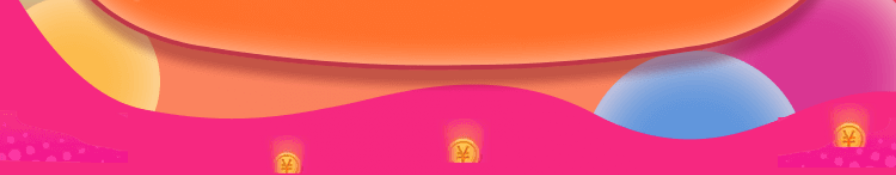
Repository: wangbiaozy/hb
Page: index.html
These files come from the project's save history. The page is drawn as it stood at one moment and after the next save; the edit follows.
The browser window is 1280 px wide. The pictures show the part of the page from y = 1808 to 3728 px (the page is 2058 px tall before and 4116 px after), at 70% of full size.

Above is the page before, as saved 2018-08-15 09:40:29.

### index.html
<!DOCTYPE html>
<html lang="en">
<head>
    <meta charset="UTF-8">
    <meta name="viewport" content="width=device-width, initial-scale=1.0, maximum-scale=1.0, minimum-scale=1.0, user-scalable=no, viewport-fit=cover">
    <meta http-equiv="X-UA-Compatible" content="ie=edge">
    <title>Document</title>
    <link rel="stylesheet" href="css/reset.min.css">
    <link rel="stylesheet/less" href="css/styles.less">
    <script src="js/less-1.7.0.min.js"></script>
</head>
<body>
    <section>
        <a href="">活动规则</a>
        <!-- 首页 -->
        <div class="f_page">
                <p>已经有<span>xxxx</span>人拿到10元话费</p>
                <a id="cj" href="javascript:void(0)"></a>
                <a href="">赚钱攻略在此>></a>
        </div>
        <!-- 获得话费红包页 -->
        <div class="result">
            <p><span id="moneyText"></span>元</p>
            <a href="javascript:void(0)"></a>
        </div>


    </section>
</body>
</html>
<script src="js/jquery-1.10.1.min.js"></script>
<script src="js/index.js"></script>

### css/reset.min.css
@charset "utf-8";
/*默认样式清除和初始化*/
body,h1,h2,h3,h4,h5,h6,hr,p,blockquote,dl,dt,dd,ul,ol,li,button,input,textarea,th,td{margin:0;padding:0}body{font-size:12px;font-style:normal;font-family:"\5FAE\8F6F\96C5\9ED1",Helvetica,sans-serif}small{font-size:12px}h1{font-size:18px}h2{font-size:16px}h3{font-size:14px}h4,h5,h6{font-size:100%}ul,ol{list-style:none}a{text-decoration:none;background-color:transparent}a:hover,a:active{outline-width:0;text-decoration:none}table{border-collapse:collapse;border-spacing:0}hr{border:0;height:1px}img{border-style:none}img:not([src]){display:none}svg:not(:root){overflow:hidden}html{-webkit-touch-callout:none;-webkit-text-size-adjust:100%}input,textarea,button,a{-webkit-tap-highlight-color:rgba(0,0,0,0)}article,aside,details,figcaption,figure,footer,header,main,menu,nav,section,summary{display:block}audio,canvas,progress,video{display:inline-block}audio:not([controls]),video:not([controls]){display:none;height:0}progress{vertical-align:baseline}mark{background-color:#ff0;color:#000}sub,sup{position:relative;font-size:75%;line-height:0;vertical-align:baseline}sub{bottom:-0.25em}sup{top:-0.5em}button,input,select,textarea{font-size:100%;outline:0}button,input{overflow:visible}button,select{text-transform:none}textarea{overflow:auto}button,html [type="button"],[type="reset"],[type="submit"]{-webkit-appearance:button}button::-moz-focus-inner,[type="button"]::-moz-focus-inner,[type="reset"]::-moz-focus-inner,[type="submit"]::-moz-focus-inner{border-style:none;padding:0}button:-moz-focusring,[type="button"]:-moz-focusring,[type="reset"]:-moz-focusring,[type="submit"]:-moz-focusring{outline:1px dotted ButtonText}[type="checkbox"],[type="radio"]{box-sizing:border-box;padding:0}[type="number"]::-webkit-inner-spin-button,[type="number"]::-webkit-outer-spin-button{height:auto}[type="search"]{-webkit-appearance:textfield;outline-offset:-2px}[type="search"]::-webkit-search-cancel-button,[type="search"]::-webkit-search-decoration{-webkit-appearance:none}::-webkit-input-placeholder{color:inherit;opacity:.54}::-webkit-file-upload-button{-webkit-appearance:button;font:inherit}.clear:after{display:block;height:0;content:"";clear:both}
*{ -webkit-tap-highlight-color: rgba(0,0,0,0);-webkit-tap-highlight-color: transparent; /* For some Androids */ }

### js/index.js
(function (doc, win) {
    var docEl = doc.documentElement,
        resizeEvt = 'orientationchange' in window ? 'orientationchange' : 'resize',
        recalc = function () {
            var clientWidth = docEl.clientWidth;
            if (!clientWidth) return;
            docEl.style.fontSize = 100 * (clientWidth / 750) + 'px';
        };
    if (!doc.addEventListener) return;
    win.addEventListener(resizeEvt, recalc, false);
    doc.addEventListener('DOMContentLoaded', recalc, false);
})(document, window);
$(function () {

    //显示首页背景
    function showFirstPageBg(){
        $('section').removeClass('result');
    }
    //显示中奖页背景
    function showResultPageBg(){
        $('section').addClass('result');
    }

    //首页抽红包按钮
    $('#cj').on('click',function(){
        //奖品金额随机数
        var num = (Math.random()*9+1).toFixed(2);
        $('#moneyText').text(num);
        $('.result').show();
        $('.f_page').hide();
        showResultPageBg();
    });

    //显示弹窗
    function showModel(){
        $('.model').show();
        showMask();
    }

    //关闭弹窗
    $('.close').on('click',function(){
        $(this).parent().parent().hide();
        hideMask();
    });
    //显示遮罩层
    function showMask(){
        $("#mask").css("height",$(document).height());
        $("#mask").css("width",$(document).width());
        $("#mask").show();
        $('body').css('position','fixed');
    }
    //隐藏遮罩层
    function hideMask(){
        $("#mask").hide();
        $('body').css('position','unset');
    }
});

Loaded but not shown: js/less-1.7.0.min.js (library); js/jquery-1.10.1.min.js (library)

After the next save:
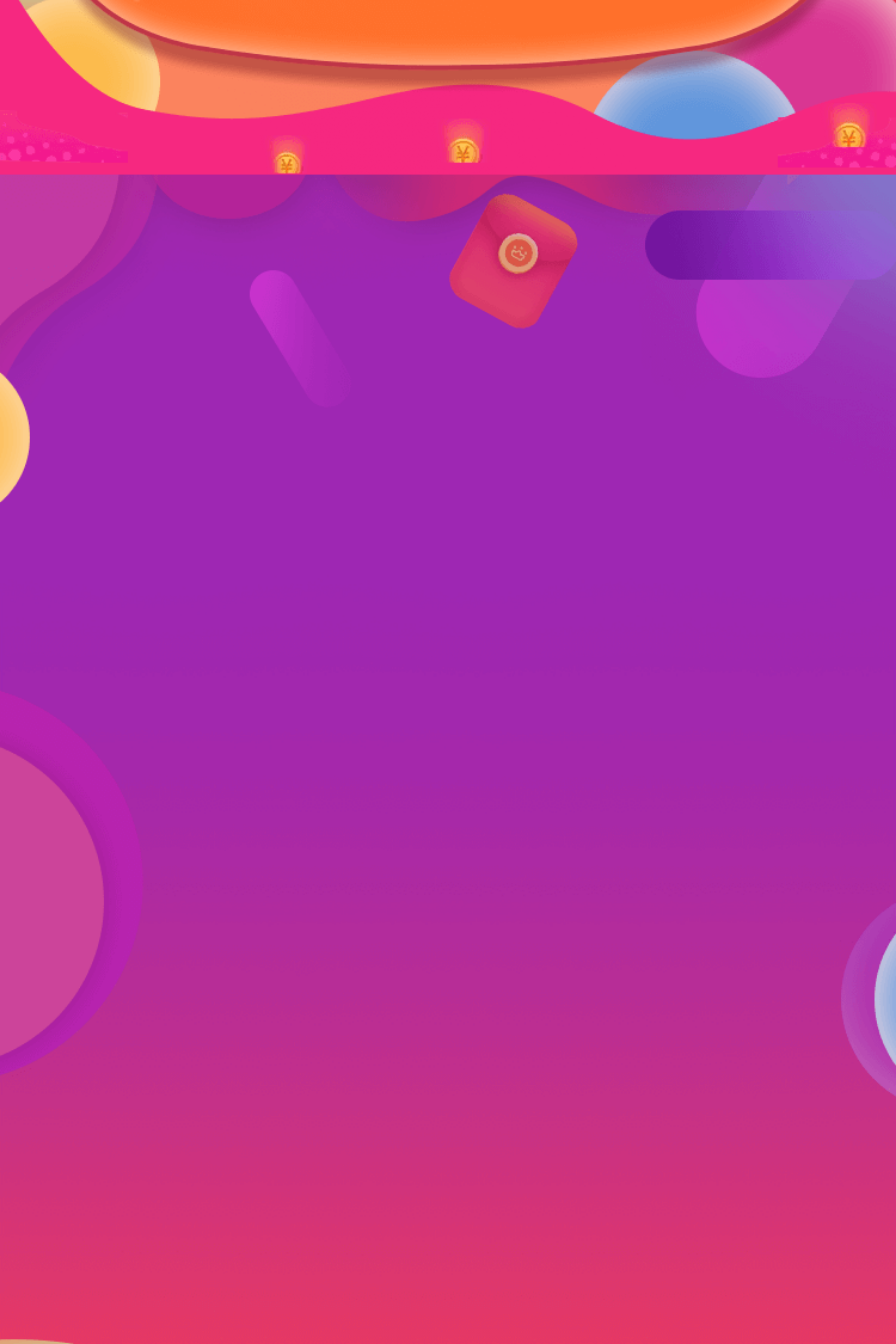
Saved 19 min 14 s later.
--- a/index.html
+++ b/index.html
@@ -26,6 +26,11 @@
 
 
     </section>
+
+    <!-- 活动规则弹窗 -->
+    <section class="rule">
+        <a href="javascript:void(0)"></a>
+    </section>
 </body>
 </html>
 <script src="js/jquery-1.10.1.min.js"></script>
